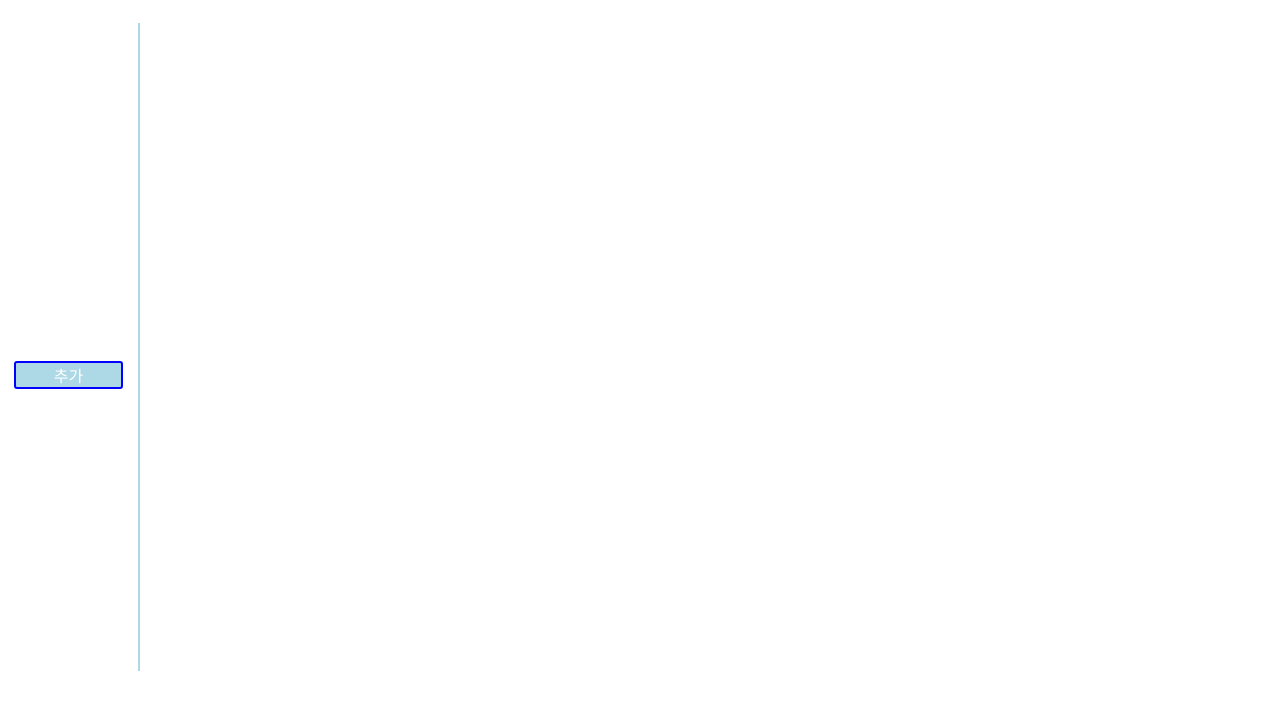
Repository: kKn00077/IOUSOFT
Page: http://localhost/Q2/bookmark.jsp
These files come from the project's save history. The page is drawn as it stood at one moment and after the next save; the edit follows.
The browser window is 1280 px wide. The pictures show the whole page.
The page is served by Tomcat 9. Queries for data that is not in the repository find no rows.

Above is the page before, as saved 2018-11-22 10:32:41.

After the next save:
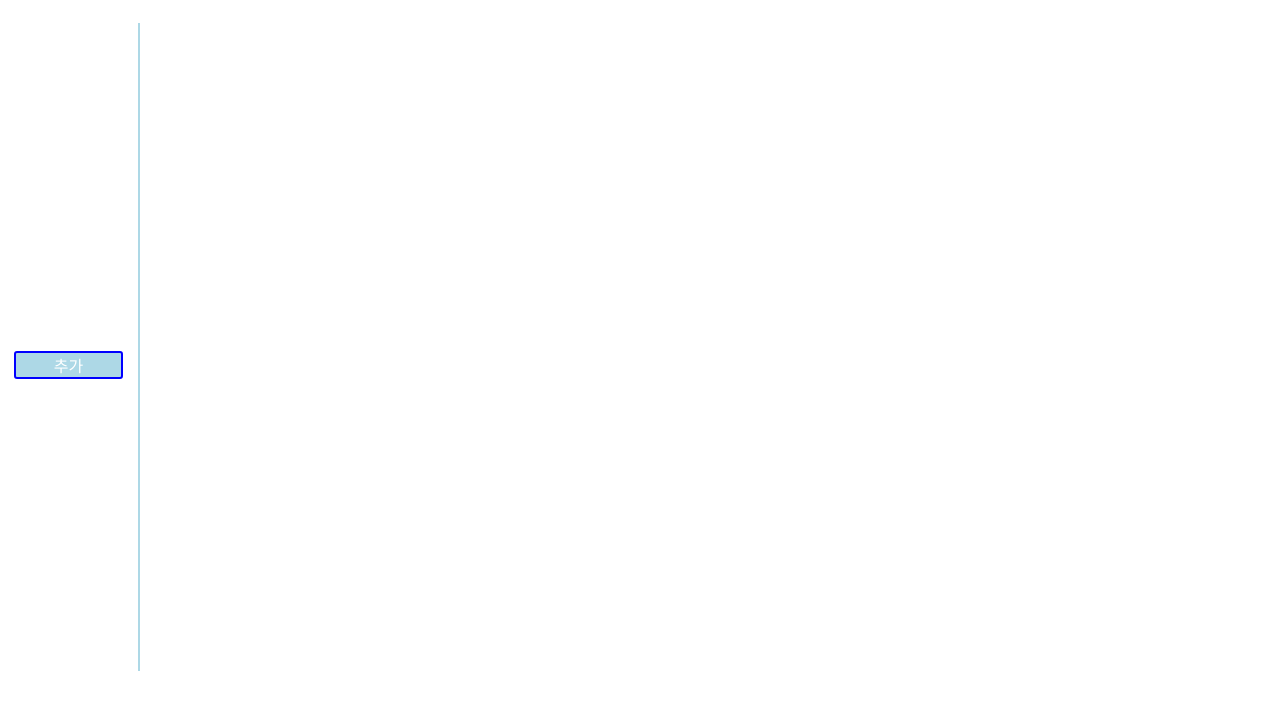
Saved 78 s later.
--- a/Q2/WebContent/bookmark.jsp
+++ b/Q2/WebContent/bookmark.jsp
@@ -37,9 +37,9 @@
 		text-align:center;
 	}
 
-	ul, ul li{
-		padding:5px;
-		margin:5px;
+	ul{
+		padding:0;
+		margin:0;
 	}
 </style>
 
